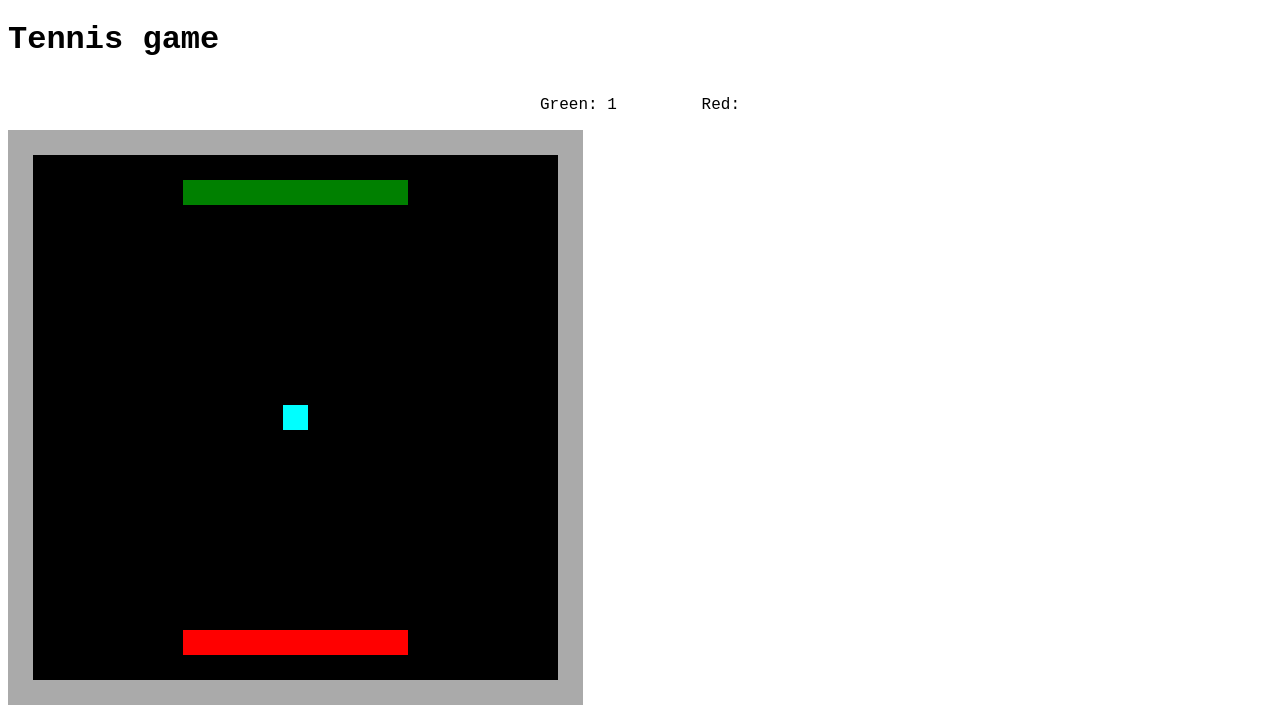
Repository: abdelrahman-ahmed-nassar/javascript-games
Page: my_ping-pong/index.html
An editor plug-in stored every save of this project. The page is shown before and after the next save, followed by the edit.
The browser window is 1280 px wide. The pictures show the whole page.

Above is the page before, as saved 2024-07-27 15:57:44.

### my_ping-pong/index.html
<!DOCTYPE html>
<html lang="en">
  <head>
    <meta charset="UTF-8" />
    <meta name="viewport" content="width=device-width, initial-scale=1.0" />
    <link rel="stylesheet" href="style.css" />
    <script defer src="script.js"></script>
    <title>Tennis 🎾</title>
  </head>
  <body>
    <h1>Tennis game</h1>
    <div style="display: flex; width: 200px; margin: 0 auto; justify-content: space-between" >
      <p id="player-1">Green: <span id="player--0__score">1</span></p>
      <p id="player-2">Red: <span id="player--1__score"></span></p>
    </div>
    <canvas id="canvas"></canvas>
  </body>
</html>

### my_ping-pong/style.css
body {
  font-family: 'Courier New', Courier, monospace;
}

### my_ping-pong/script.js
//board
let blockSize = 25,
  rows = 23,
  cols = 23,
  c,
  ctx,
  gameOver = false,
  activePlayer = 0,
  rocket0 = [11, 20],
  rocket1 = [11, 2],
  ball = [11, 11];
  // accept odd numbers
  rocketWidth = 9;

window.onload = function () {
  c = document.getElementById("canvas");
  c.height = rows * blockSize;
  c.width = cols * blockSize;
  ctx = c.getContext("2d"); //used for drawing on the board

  document.addEventListener("keyup", changeDirection);
  // update();
  setInterval(update, 1000 / 100); //100 milliseconds
};

function update() {
  if (gameOver) {
    return;
  }
  // screen
  ctx.fillStyle = "#aaa";
  ctx.fillRect(0, 0, c.width, c.height);
  ctx.fillStyle = "black";
  ctx.fillRect(
    1 * blockSize,
    1 * blockSize,
    c.width - 2 * blockSize,
    c.height - 2 * blockSize
  );

  // rocket1
  ctx.fillStyle = "red";
  ctx.fillRect(
    rocket0[0] * blockSize - ((rocketWidth - 1) / 2) * blockSize,
    rocket0[1] * blockSize,
    blockSize * rocketWidth,
    blockSize
  );

  // rocket2
    ctx.fillStyle = "green";
  ctx.fillRect(
    rocket1[0] * blockSize - ((rocketWidth -1)/ 2) * blockSize,
    rocket1[1] * blockSize,
    blockSize * rocketWidth,
    blockSize
  );

  // ball
    ctx.fillStyle = "cyan";
    ctx.fillRect(
      ball[0] * blockSize ,
      ball[1] * blockSize,
      blockSize,
      blockSize
    );

  //game over conditions
}

function changeDirection(e) {
  // check key
  if (e.code == "ArrowRight") {
    // check edges
    if (rocket0[0] >= cols - 2 - (rocketWidth - 1) / 2) return;

    // check active player
    if (activePlayer === 0) {
      rocket0[0] += 1;
    } else if (activePlayer === 1) {
      rocket1[0] += 1;
    }
  } else if (e.code == "ArrowLeft") {
    if (rocket0[0] <= 1 + (rocketWidth - 1) / 2) return;

    if (activePlayer === 0) {
      rocket0[0] -= 1;
    } else if (activePlayer === 1) {
      rocket1[0] -= 1;
    }
  }
}

function randomIntFromInterval(min, max) {
  // min and max included
  return Math.floor(Math.random() * (max - min + 1) + min);
}

After the next save:
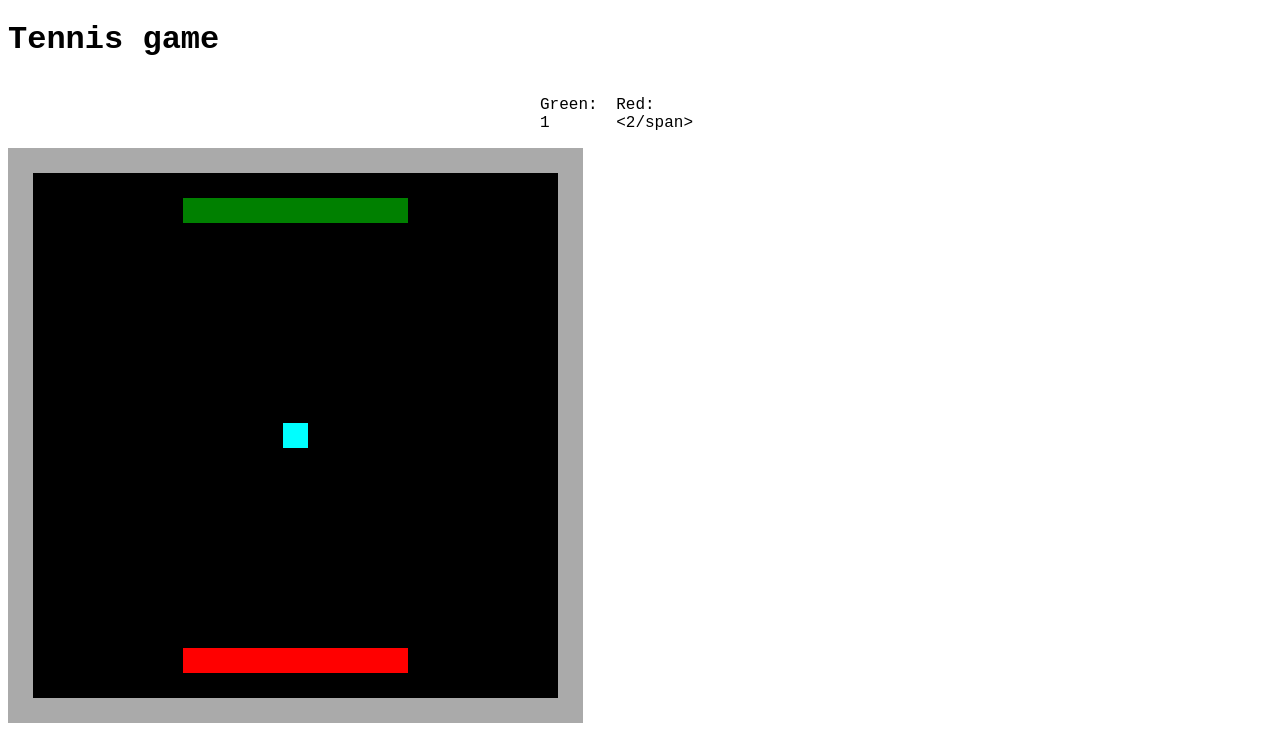
Saved 5 s later.
--- a/my_ping-pong/index.html
+++ b/my_ping-pong/index.html
@@ -11,7 +11,7 @@
     <h1>Tennis game</h1>
     <div style="display: flex; width: 200px; margin: 0 auto; justify-content: space-between" >
       <p id="player-1">Green: <span id="player--0__score">1</span></p>
-      <p id="player-2">Red: <span id="player--1__score"></span></p>
+      <p id="player-2">Red: <span id="player--1__score"><2/span></p>
     </div>
     <canvas id="canvas"></canvas>
   </body>
